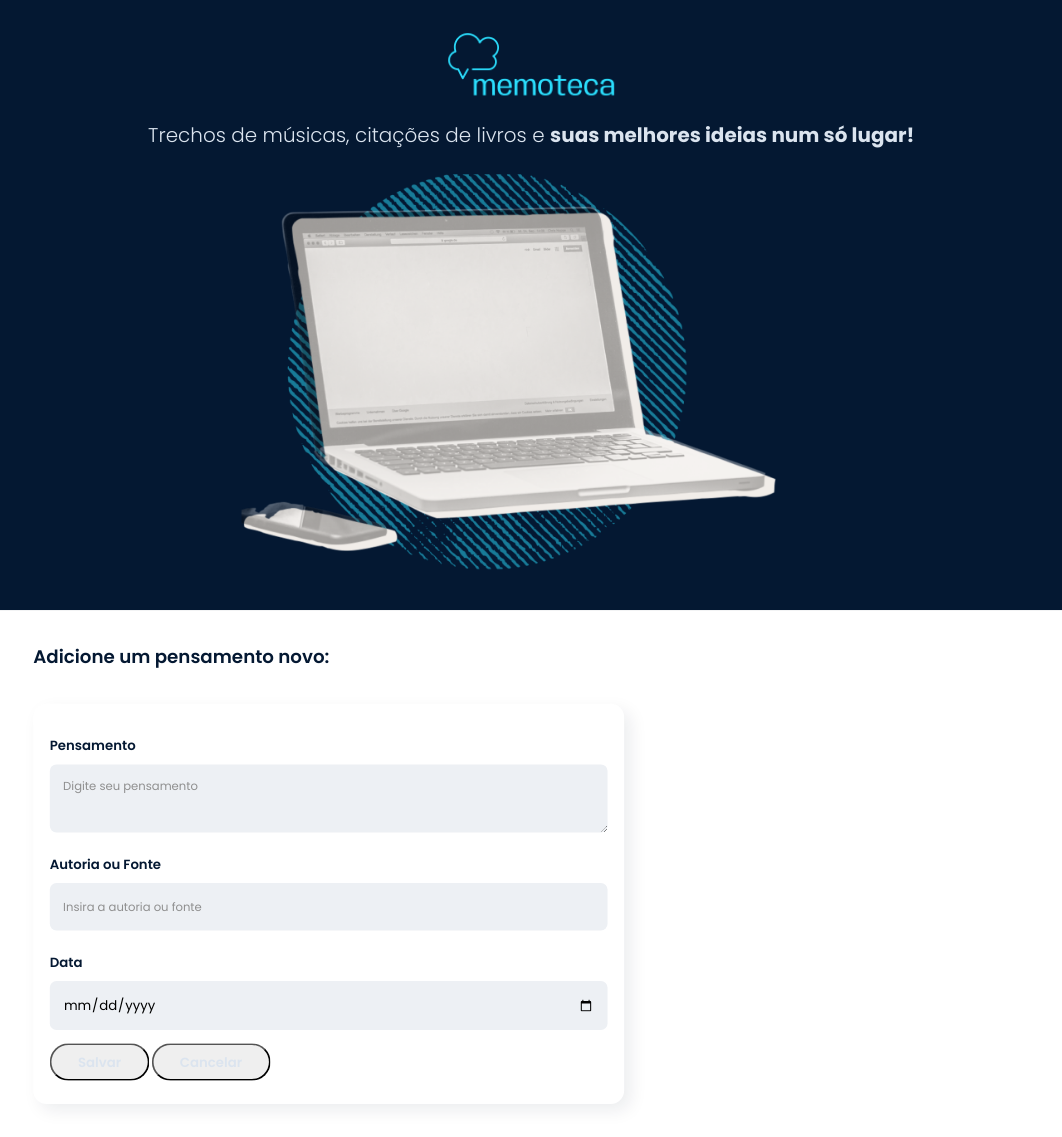
Repository: joaoPraiaJunior/crud_js
Page: index.html
The author's editor kept a copy of each file at every save. The page is drawn from the files as they stood at one save, then again after the next save.
The browser window is 1280 px wide. The pictures show the whole page, at 83% of full size.

Above is the page before, as saved 2024-09-26 22:55:43.

### index.html
<!doctype html>
<html lang="pt-BR" dir="ltr">
	<head>
		<meta charset="UTF-8">
		<meta name="viewport" content="width=device-width, initial-scale=1">
		<title>CRUD de Pensamentos</title>
		<link rel="preconnect" href="https://fonts.googleapis.com">
		<link rel="preconnect" href="https://fonts.gstatic.com" crossorigin>
		<link href="https://fonts.googleapis.com/css2?family=Poppins:ital,wght@0,100;0,200;0,300;0,400;0,500;0,600;0,700;0,800;0,900;1,100;1,200;1,300;1,400;1,500;1,600;1,700;1,800;1,900&display=swap" rel="stylesheet">
		<link href="https://fonts.googleapis.com/css2?family=Roboto+Mono:ital,wght@0,100..700;1,100..700&display=swap" rel="stylesheet">
		<link rel="stylesheet" href="css/styles.css">
	</head>
	<body>
		<header class="cabecalho">
			<div class="logo">
				<img src="assets/imagens/logo.png" alt="Logo do CRUD meus pensamentos">
				<h1>
					Trechos de músicas,
					citações de livros e
					<strong>suas melhores ideias num só lugar!</strong>
				</h1>
			</div>
			<div class="imagem-cabecalho">
				<img src="assets/imagens/computador-cabecalho.png" aria-hidden="true" alt>
			</div>
		</header>
		<main class="background-overlay">
			<div class="overlay"></div>
			<div class="overlay overlay-color"></div>
			<section>
				<h2>Adicione um pensamento novo:</h2>
				<div id="form-container">
					<form id="pensamento-form" data-js="formulario">
						<input type="hidden" id="pensamento-id" name="id">
						<label for="pensamento-conteudo">Pensamento</label>
						<textarea id="pensamento-conteudo" name="conteudo" placeholder="Digite seu pensamento" minlength="10" maxlength="200" required></textarea>
						<label for="pensamento-autoria"> Autoria ou Fonte </label>
						<input type="text" id="pensamento-autoria" name="autoria" placeholder="Insira a autoria ou fonte" minlength="3" maxlength="15" required>
						<label for="pensamento-data">Data</label>
						<input type="date" name="data" id="pensamento-data" required>
						<div class="form-botoes">
							<button type="submit" id="botao-salvar">Salvar</button>
							<button type="reset" id="botao-cancelar" data-js="botao-resetar-formulario">Cancelar</button>
						</div>
					</form>
				</div>
			</section>
			<!-- <section id="lista-pensamentos-container">
				<h3>Meu Mural</h3>
                <div id="busca-container">
                    <label for="campo-busca">
                        <input type="search" name="busca" id="campo-busca" placeholder="O que você procura?" data-js="busca-pensamento">
                    </label>
                </div>
				<div id="mensagem-vazia" class="mensagem-vazia" data-js="mural-vazio">
					<img src="assets/imagens/lista-vazia.png" alt="Nenhum pensamento disponível">
					<p>Nada por aqui ainda, que tal compartilhar alguma ideia?</p>
				</div>
				<ul id="lista-pensamentos" data-js="lista-de-pensamentos"></ul>
			</section> -->
		</main>
		<!-- <footer>
			<p>&copy; 2024 Desenvolvido por Alura. Projeto fictício sem fins comerciais.</p>
		</footer>

		<script type="module" src="./js/main.js"></script> -->
	</body>
</html>

### css/styles.css
* {
	margin: 0;
	padding: 0;
	box-sizing: border-box;
}

html {
	font-size: 62.5%;
	scroll-behavior: smooth;
}

:root {
	--Baby-blue: #dbe4ef;
	--Azul-Dark: #041832;
	--Cinza-claro: #edf0f4;
	--Cinza-medio: #8f8f8f;
	--Cinza: #444;
	--font-primaria: 'Poppins', sans-serif;
	--font-secundaria: 'Roboto Mono', sans-serif;
}

body {
	font-family: var(--font-primaria);
}

h2,
h3 {
	color: var(--Azul-Dark, #041832);
	font-family: var(--font-primaria);
	font-size: 2.2rem;
	font-style: normal;
	font-weight: 600;
	line-height: normal;
}

header {
	display: flex;
	flex-direction: column;
	justify-content: center;
	align-items: center;
	gap: 3rem;
	background: var(--Azul-Dark, #041832);
	padding: 4rem;
}

.logo {
	display: flex;
	flex-direction: column;
	align-items: center;
	gap: 3rem;
}

.logo img {
	max-width: 20rem;
}

.logo h1 {
	color: var(--Baby-blue, #dbe4ef);
	font-family: var(--font-primaria);
	font-size: 2.4rem;
	font-weight: 300;
	line-height: 3.5rem;
	text-align: center;
}

.imagem-cabecalho img {
	max-width: 100%;
}

main {
	padding: 4rem;
}

#form-container {
	display: flex;
	flex-direction: column;
	align-items: center;
	justify-content: center;
	gap: 4rem;
	background: #fff;
	margin-top: 4rem;
	border-radius: 1.6rem;
	padding: 2.8rem 2rem;
	box-shadow: 8px 8px 20px 0px rgba(4, 24, 50, 0.08);
	width: 100%;
	max-width: 71.2rem;
}

#pensamento-form {
	display: flex;
	flex-direction: column;
	width: 100%;
}

#pensamento-conteudo,
#pensamento-autoria,
#pensamento-data {
	padding: 1.6rem;
	border-radius: 8px;
	background: var(--Cinza-claro, #edf0f4);
}

#pensamento-conteudo {
	min-height: 8rem;
}

#pensamento-data {
	cursor: pointer;
}

#pensamento-form label {
	color: var(--Azul-Dark, #041832);
	font-family: var(--font-primaria);
	font-size: 1.6rem;
	font-weight: 600;
	margin: 1rem 0;
}

#pensamento-conteudo::placeholder,
#pensamento-autoria::placeholder {
	color: var(--Cinza-medio, #8f8f8f);
	font-family: var(--font-primaria);
	font-size: 1.4rem;
	font-style: normal;
	font-weight: 400;
}

#pensamento-form textarea,
#pensamento-form input {
	font-size: 1.6rem;
	font-family: var(--font-primaria);
	margin-bottom: 1.6rem;
	border-style: none;
	outline: none;
}

#botao-salvar,
#botao-cancelar {
	color: var(--Baby-blue, #dbe4ef);
	font-family: var(--font-primaria);
	font-size: 1.6rem;
	font-weight: 600;
	padding: 0.8rem 3.2rem;
	border-radius: 3.2rem;
	cursor: pointer;
}

/* main {
	padding-top: 12rem;
	flex: 1;
	display: flex;
	flex-direction: column;
	align-items: center;
	position: relative;
	min-height: 280vh;
	box-sizing: border-box;
}

.overlay {
	position: absolute;
	top: 0;
	left: 0;
	width: 100%;
	height: 100%;
	background-image: url('/assets/imagens/background.png');
	background-size: cover;
	opacity: 0.5;
	z-index: -1;
}

.overlay-color {
	background-color: #f4f4f4;
}


.conteudo-cabecalho {
	display: flex;
	justify-content: center;
	gap: 3.2rem;
	align-items: center;
}

header .logo {
	display: flex;
	flex-direction: column;
	gap: 4.8rem;
}

header .logo img {
	max-width: 20rem;
}

header .logo h1 {
	color: var(--Baby-blue, #dbe4ef);
	font-family: var(--font-primaria);
	align-self: center;
	font-size: 5.2rem;
	font-weight: 300;
	line-height: 6.76rem;
}


footer {
	padding: 32px 360px;
	background: #041832;
	color: var(--Baby-blue, #dbe4ef);
	text-align: center;
	width: 100%;
	position: relative;
	left: 0;
}

h2,
h3 {
	color: var(--Azul-Dark, #041832);
	text-align: center;
	font-family: var(--font-primaria);
	font-size: 4.4rem;
	font-style: normal;
	font-weight: 600;
	line-height: normal;
}

#form-container {
	display: flex;
	padding: 4.8rem 4rem;
	flex-direction: column;
	align-items: center;
	gap: 4rem;
	align-self: center;
	justify-content: center;
	border-radius: 16px;
	position: relative;
	background: #fff;
	box-shadow: 8px 8px 20px 0px rgba(4, 24, 50, 0.08);
	width: 100%;
	max-width: 71.2rem;
	margin-top: 4rem;
}


#pensamento-conteudo::placeholder,
#pensamento-autoria::placeholder {
	color: var(--Cinza-medio, #8f8f8f);
	font-family: var(--font-primaria);
	font-size: 1.6rem;
	font-style: normal;
	font-weight: 400;
	line-height: normal;
}

#pensamento-form textarea,
#pensamento-form input {
	margin-bottom: 2.4rem;
	outline: none;
	border-style: none;
	font-size: 2rem;
	font-family: var(--font-primaria);
}

.form-botoes {
	display: flex;
	justify-content: center;
	gap: 1rem;
	padding-top: 1.6rem;
}

#botao-salvar,
#botao-cancelar {
	padding: 0.8rem 3.2rem;
	border-radius: 3.2rem;
	color: var(--Baby-blue, #dbe4ef);
	font-family: var(--font-primaria);
	font-size: 22px;
	font-style: normal;
	font-weight: 600;
	line-height: normal;
	cursor: pointer;
}

#botao-salvar {
	background: var(--Azul-Dark, #041832);
	min-width: 16rem;
}

#botao-cancelar {
	color: var(--Azul-Dark, #041832);
}

#lista-pensamentos-container {
	width: 100%;
	max-width: 120rem;
	margin: 4rem 0;
}

#lista-pensamentos-container h3 {
	display: flex;
	justify-content: center;
	flex-direction: column;
	margin: 4rem 0;
}

#lista-pensamentos-container h3::before {
	content: '';
	display: inline-block;
	align-self: center;
	width: 18rem;
	height: 0.1rem;
	background: #041832;
	margin: 5.8rem 0 4rem;
}

#lista-pensamentos {
	display: flex;
	flex-wrap: wrap;
	justify-content: space-between;
	row-gap: 3.2rem;
	padding: 0;
	list-style: none;
}

/* .li-pensamento {
	position: relative;
	padding: 1.6rem;
	background: var(--Branco, #fff);
	box-shadow: 0.8rem 0.8rem 0rem 0rem #154580;
	flex: 1 1 calc(33.333% - 24px);
	max-width: calc(33.333% - 24px);
	min-width: 38.4rem;
	min-height: 31.5rem;
	display: flex;
	flex-direction: column;
	overflow-wrap: break-word;
	word-wrap: break-word;
	hyphens: auto;
} */

/* .li-pensamento {
	display: flex;
	flex-direction: column;
	flex: 1 1 calc(33.333% - 24px);
	gap: 1.2rem;
	position: relative;
	background: var(--Branco, #fff);
	box-shadow: 0.8rem 0.8rem 0rem 0rem #154580;
	max-width: calc(33.333% - 2.4rem);
	min-width: 38.4rem;
	min-height: 31.5rem;
	padding: 2.4rem;
}

.icone-aspas {
	width: 6.4rem;
	height: 5rem;
}

.pensamento-conteudo,
.pensamento-autoria,
.pensamento-data {
	color: var(--Cinza, #444);
	font-family: var(--font-secundaria);
	hyphens: auto;
}

.pensamento-conteudo {
	font-size: 1.6rem;
	font-weight: 400;
}

.pensamento-autoria {
	font-size: 1.6rem;
	font-weight: 600;
}

.pensamento-data {
	font-size: 1.2rem;
	font-weight: 500;
	margin-bottom: 4rem;
}

.icones {
	position: absolute;
	bottom: 0;
	align-self: flex-end;
}

.botao-editar,
.botao-excluir,
.botao-favoritar {
	background: none;
	border: none;
	cursor: pointer;
	padding: 0.8rem;
	margin-left: 0.8rem;
}

.botao-editar img,
.botao-excluir img {
	width: 2rem;
	height: 2rem;
}

.botao-favoritar img {
	width: 2.3rem;
}

.mensagem-vazia {
	display: none;
	text-align: center;
	color: var(--Azul-Dark, #041832);
	margin-top: 40px;
}

.mensagem-vazia img {
	max-width: 200px;
	margin-bottom: 20px;
}

.mensagem-vazia p {
	font-family: var(--font-primaria);
	font-size: 2.2rem;
	font-weight: 400;
	line-height: 3.3rem;
	text-align: center;
}

#busca-container {
	display: flex;
	align-items: center;
	width: 100%;
	max-width: 60rem;
	margin: 5.6rem auto;
	padding: 0 1.6rem;
}

#busca-container label {
	display: flex;
	align-items: center;
}

#campo-busca {
	flex: 1;
	width: 57.2rem;
	height: 4.8rem;
	padding: 0.8rem 4.5rem;
	border-radius: 3.2rem;
	border: 0.1rem solid #144480;
	font-family: var(--font-primaria);
	font-size: 1.6rem;
	font-weight: 400;
	outline: none;
}

#busca-container label::before {
	content: url('../assets/imagens/lupa.png');
	display: block;
	position: relative;
	left: 3.5rem;
	width: 2.4rem;
	height: 2.4rem;
}  */

After the next save:
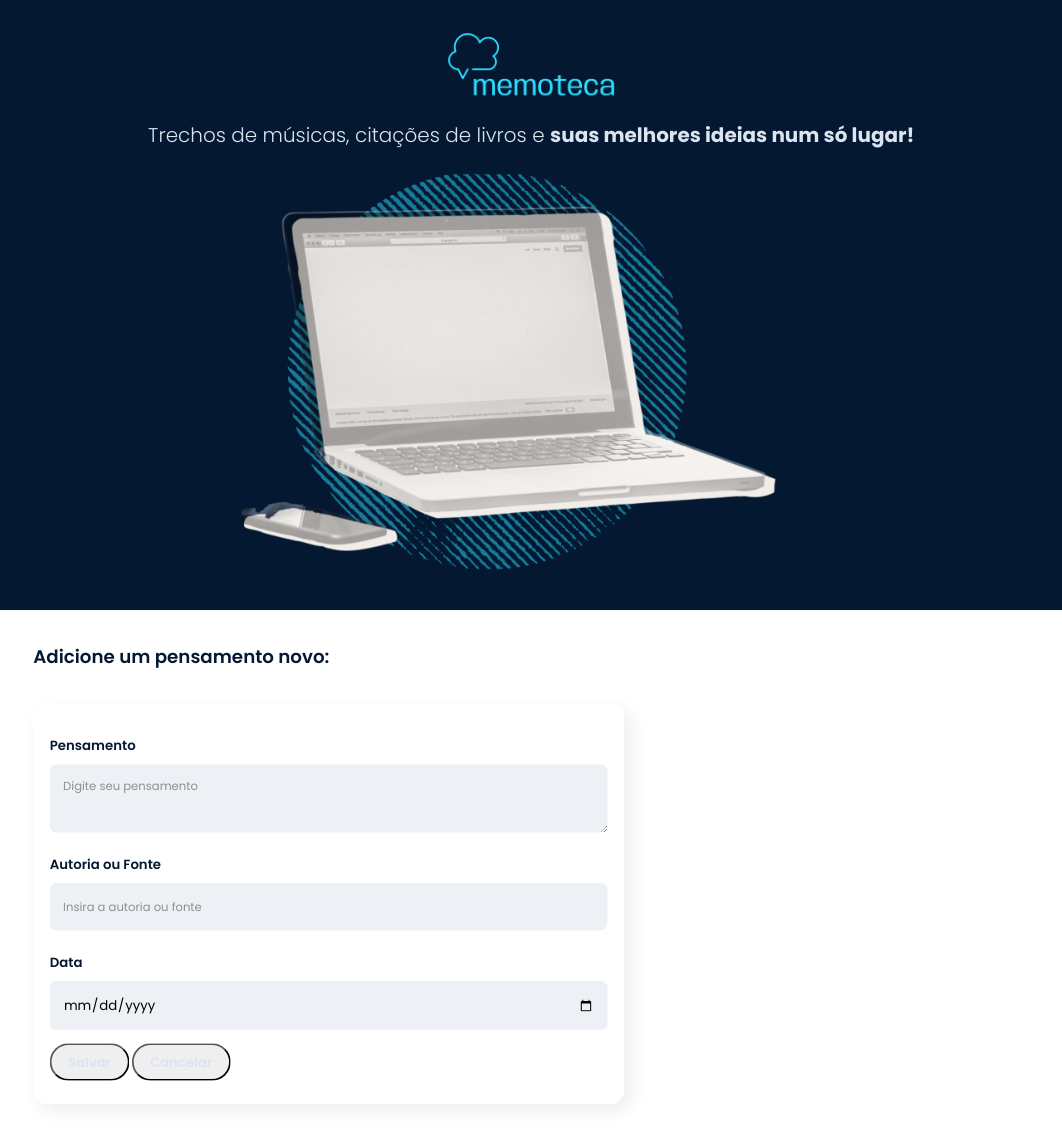
Saved 32 s later.
--- a/css/styles.css
+++ b/css/styles.css
@@ -140,7 +140,7 @@ main {
 	font-family: var(--font-primaria);
 	font-size: 1.6rem;
 	font-weight: 600;
-	padding: 0.8rem 3.2rem;
+	padding: 0.8rem 2rem;
 	border-radius: 3.2rem;
 	cursor: pointer;
 }
